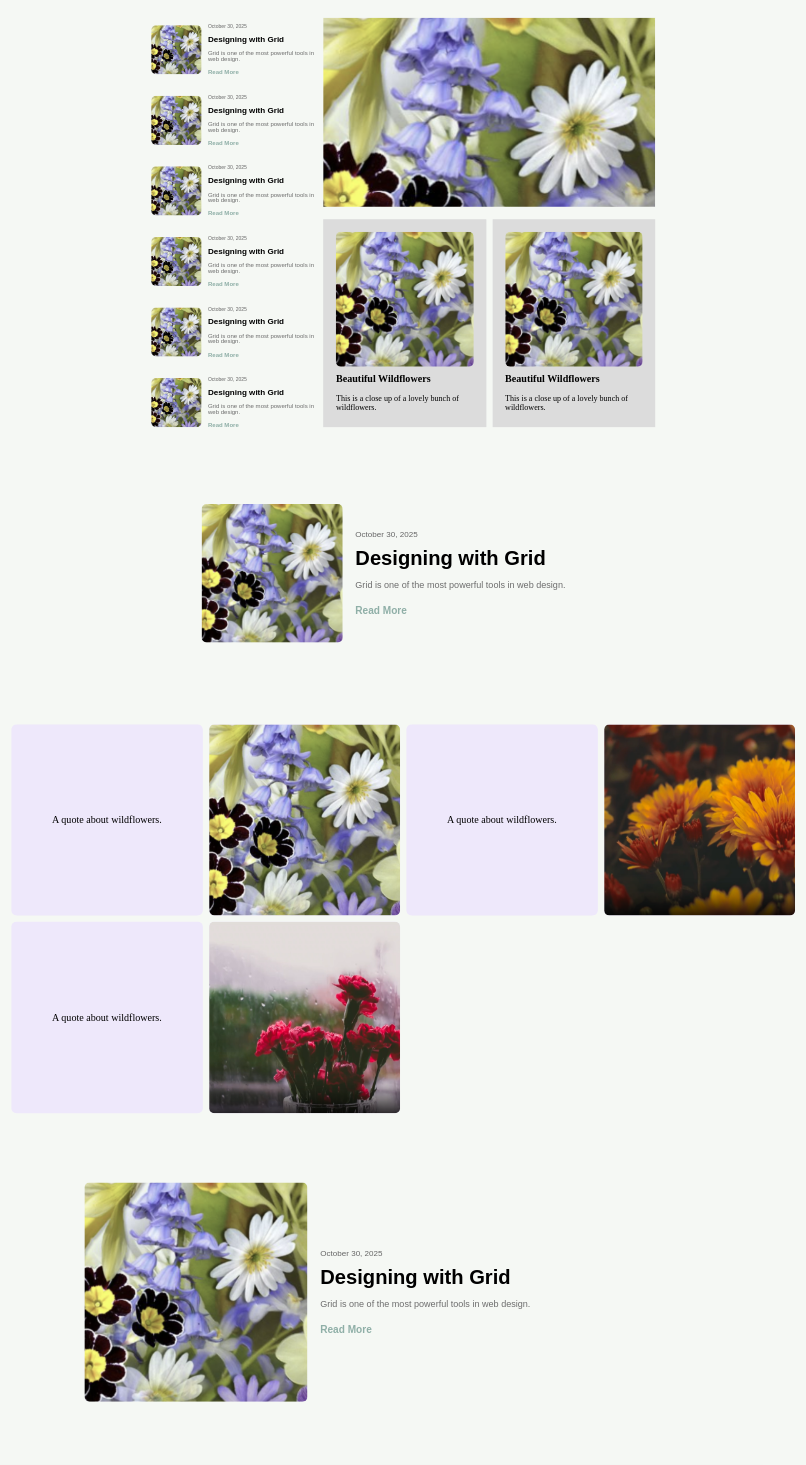
Repository: Brittany-Westlund/WebDesign
Page: Assignment5/grid.html
These files come from the project's save history. The page is drawn as it stood at one moment and after the next save; the edit follows.
The browser window is 1280 px wide. The pictures show the whole page, at 63% of full size.

Above is the page before, as saved 2025-11-18 21:23:57.

### Assignment5/grid.html
<!DOCTYPE html>
<html lang="en">
<head>
    <meta charset="UTF-8">
    <title>Grid Layout</title>
    <link rel="stylesheet" href="style/style.css">
</head>

<body>

<div class="page-wrapper">

<div class="featured-section">

  <!-- Blog List -->
  <div class="blog-list">

    <div class="blog-preview">
      <img src="images/wildflowers-square.png" alt="A closeup of wildflowers.">
      <div class="blog-text">
        <p class="date">October 30, 2025</p>
        <h2 class="post-title">Designing with Grid</h2>
        <p class="post-preview">
          Grid is one of the most powerful tools in web design.
        </p>
        <a href="blog-post.html" class="read-more">Read More</a>
      </div>
    </div>

    <!-- You can copy/paste more blog-preview divs here if you want -->
     <div class="blog-preview">
      <img src="images/wildflowers-square.png" alt="A closeup of wildflowers.">
      <div class="blog-text">
        <p class="date">October 30, 2025</p>
        <h2 class="post-title">Designing with Grid</h2>
        <p class="post-preview">
          Grid is one of the most powerful tools in web design.
        </p>
        <a href="blog-post.html" class="read-more">Read More</a>
      </div>
    </div>

    <div class="blog-preview">
      <img src="images/wildflowers-square.png" alt="A closeup of wildflowers.">
      <div class="blog-text">
        <p class="date">October 30, 2025</p>
        <h2 class="post-title">Designing with Grid</h2>
        <p class="post-preview">
          Grid is one of the most powerful tools in web design.
        </p>
        <a href="blog-post.html" class="read-more">Read More</a>
      </div>
    </div>

    <div class="blog-preview">
      <img src="images/wildflowers-square.png" alt="A closeup of wildflowers.">
      <div class="blog-text">
        <p class="date">October 30, 2025</p>
        <h2 class="post-title">Designing with Grid</h2>
        <p class="post-preview">
          Grid is one of the most powerful tools in web design.
        </p>
        <a href="blog-post.html" class="read-more">Read More</a>
      </div>
    </div>

    <div class="blog-preview">
      <img src="images/wildflowers-square.png" alt="A closeup of wildflowers.">
      <div class="blog-text">
        <p class="date">October 30, 2025</p>
        <h2 class="post-title">Designing with Grid</h2>
        <p class="post-preview">
          Grid is one of the most powerful tools in web design.
        </p>
        <a href="blog-post.html" class="read-more">Read More</a>
      </div>
    </div>

    <div class="blog-preview">
      <img src="images/wildflowers-square.png" alt="A closeup of wildflowers.">
      <div class="blog-text">
        <p class="date">October 30, 2025</p>
        <h2 class="post-title">Designing with Grid</h2>
        <p class="post-preview">
          Grid is one of the most powerful tools in web design.
        </p>
        <a href="blog-post.html" class="read-more">Read More</a>
      </div>
    </div>

  </div> <!-- end blog-list -->






  <div class="right-column">

  <!-- Hero Section -->
  <div class="hero">
    <img src="images/wildflowers-square.png" alt="A closeup of wildflowers.">
  </div>




  <!-- Cards Section -->
  <div class="card-section">

    <div class="card">
      <img src="images/wildflowers-square.png" alt="A closeup of wildflowers.">
      <h3>Beautiful Wildflowers</h3>
      <p>This is a close up of a lovely bunch of wildflowers.</p>
    </div>

    <div class="card">
      <img src="images/wildflowers-square.png" alt="A closeup of wildflowers.">
      <h3>Beautiful Wildflowers</h3>
      <p>This is a close up of a lovely bunch of wildflowers.</p>
    </div>

  </div> <!-- end card-section -->

  </div>

</div> <!-- end featured-section -->



<!-- Single Blog Preview Section -->
    <div class="blog-preview">
      <img src="images/wildflowers-square.png" alt="A closeup of wildflowers.">
      <div class="blog-text">
        <p class="date">October 30, 2025</p>
        <h2 class="post-title">Designing with Grid</h2>
        <p class="post-preview">
          Grid is one of the most powerful tools in web design.
        </p>
        <a href="blog-post.html" class="read-more">Read More</a>
      </div>
    </div>

  </div> <!-- end single blog preview -->







<div class="gallery">
      <div class="item"><p>A quote about wildflowers.</p></div>
      <div class="item"><img src="images/wildflowers-square.png" alt="A closeup of wildflowers"></div>
      <div class="item"><p>A quote about wildflowers.</p></div>
      <div class="item"><img src="images/orange-flowers.png" alt="A closeup of orange flowers"></div>
      <div class="item"><p>A quote about wildflowers.</p></div>
      <div class="item"><img src="images/red-flowers.png" alt="A closeup of red flowers"></p></div>
</div>

<!-- Single Blog Preview Section -->
    <div class="blog-preview">
      <img src="images/wildflowers-square.png" alt="A closeup of wildflowers.">
      <div class="blog-text">
        <p class="date">October 30, 2025</p>
        <h2 class="post-title">Designing with Grid</h2>
        <p class="post-preview">
          Grid is one of the most powerful tools in web design.
        </p>
        <a href="blog-post.html" class="read-more">Read More</a>
      </div>
    </div>

  </div> <!-- end single blog preview -->

</div>
</body>
</html>

### Assignment5/style/style.css
body {
  background-color: #f5f8f4; /* a light sage-green tone */
}

.page-wrapper {
  max-width: 800px;
  margin: 0 auto;
  padding: 20px;
}

/* The featured section */
.featured-section {
  display: grid;
  grid-template-columns: 1fr 2fr;
  grid-template-rows: auto auto;
  gap: 10px;
  align-items: start;
}

/* Grid placement for the three sections */
.blog-list {
  grid-column: 1;
  grid-row: 1;
}


.blog-preview {
  display: flex; /* activates Flexbox */
  flex-direction: row; /* aligns items in a row (default, but explicit is good) */
  align-items: center; /* vertically centers items within the row */
  gap: 20px; /* adds space between items */
  max-width: 80%; /* controls total width of the content block */
  margin: 80px auto; /* centers on page with top/bottom space */
  padding: 20px 40px; /* adds subtle inner space from edges */
}

.blog-preview img {
  width: 35%;      /* image takes up 45% of the total width of .blog-preview */
  height: auto;    /* keeps proportions correct */
  border-radius: 8px; /* optional, softens corners */
}

.blog-list {
  display: flex;
  flex-direction: column;
  gap: 10px;
  max-width: 100%;
}
.blog-text {
  display: flex;
  flex-direction: column; /* stacks each text element vertically */
  gap: 10px; /* adds consistent space between elements */
}
.date {
  font-family: Arial, Helvetica, sans-serif;
  font-size: 0.8rem;
  color: #666;
  margin: 0;
}

.post-title {
  font-family: Arial, Helvetica, sans-serif;
  font-size: 2rem;
  font-weight: 600;
  line-height: 1.3;
  margin: 0;
}

.post-preview {
  font-family: Arial, Helvetica, sans-serif;
  font-size: 0.9rem;
  color: #6d6d6d;
  line-height: 1.6;
  margin: 0;
}

.read-more {
  font-family: Arial, Helvetica, sans-serif;
  text-decoration: none;
  font-weight: bold;
  color: #8fafa7;
  margin-top: 10px;
}




.right-column {
  grid-column: 2;
  grid-row: 1 / 3; /* spans both rows — hero + cards */
  display: flex;
  flex-direction: column;
  gap: 20px;
}

.hero {
  grid-column: 2;
  grid-row: 1;
  max-height: 300px;
  overflow: hidden;
}

.hero img {
  width: 100%;
  height: auto;
  display: block;
}





.card-section {
  grid-column: 1 / 3; /* spans both columns */
  grid-row: 2;
  display: flex;
  gap: 10px;
}

.card {
  display: flex;
  flex-direction: column;
  flex: 1;
  gap: 10px;
  padding: 20px;
  background-color: gainsboro;
  max-width: 300px;
  width: 100%;
  margin-bottom: 20px;
}

.card img {
  width: 100%;
  height: auto;
  border-radius: 8px;
}




/* Compact blog previews ONLY inside the featured section */

.featured-section .blog-preview {
  max-width: 100% !important;
  margin: 0px 0 !important;
  padding: 10px 0 !important;   /* removes the 40px left/right padding */
  gap: 10px;
  width: 100%;
  box-sizing: border-box;
}

.featured-section .blog-preview img {
  width: 80px;
  height: auto;
  flex-shrink: 0;
  border-radius: 8px;
}

.featured-section .blog-text {
font-size: 0.6rem;
}

.featured-section .post-preview {
font-size: 0.6rem;
line-height: 1;
}

.featured-section .post-title {
font-size: 0.8rem;
line-height: 1;
}

.featured-section .date {
font-size: 0.5rem;
}

.featured-section .read-more {
margin-top: 0px !important;
}

.featured-section .card {
  height: 290px;
}

.featured-section .card h3 {
  font-size: 1rem;
  margin: 0 0;
}

.featured-section .card p {
  font-size: 0.8rem;
  margin-top: 5px;
}

/* End of featured section */












/* Start of Gallery section */

.gallery {
  display: grid;
  grid-template-columns: repeat(auto-fit, minmax(250px, 1fr));
  gap: 10px;
  margin: auto;
  padding: 10px;
}

.item {
  background-color: #eee8fb;
  border-radius: 8px;
  aspect-ratio: 1 / 1;
  display: flex;
  justify-content: center;
}

.item img {
  padding: 0;
  width: 100%;
  height: auto; /* maintains the image's aspect ratio */
  display: block; /* clears any space after the image */
  border-radius: 8px;

}

.item p {
  text-align: center;
  display: flex;
  align-items: center;
}

/* End of Gallery section */












/* The main footer container */

.footer {
  display: flex; /* Places all footer sections (icons + lists) side by side in a row */
  justify-content: space-between; /* Adds equal space between each section horizontally */
  align-items: flex-start; /* Aligns all sections to the top of the footer */
  background-color: #d5d0dd; /* Sets the footer’s background color */
  padding: 30px 100px; /* Adds space inside the footer: 30px top/bottom, 100px left/right */
  font-family: Arial, Helvetica, sans-serif; /* Sets the font for the entire footer */
}

.footer ul {
  list-style: none; /* Removes the default bullets from list items */
  padding: 0; /* Removes default padding inside the <ul> */
  margin: 0; /* Removes default margin outside the <ul> */
}

.footer li {
  margin-bottom: 6px; /* Adds a little space between each list item */
  font-size: 14px; /* Makes the text slightly smaller for a neat footer look */
}

.social-icons img {
  width: 22px; /* Sets consistent icon size */
  margin-right: 10px; /* Adds space between the icons */
  vertical-align: middle; /* Keeps icons visually aligned with any text nearby */
}



a:focus, button:focus, input:focus {
  outline: 2px solid #4a90e2;
  outline-offset: 2px;
}





@media (max-width: 600px) {
  .card-section{
    flex-direction: column;
  }
}


@media (min-width: 600px) and (max-width: 1024px) {
  /* Styles for tablets */
}

After the next save:
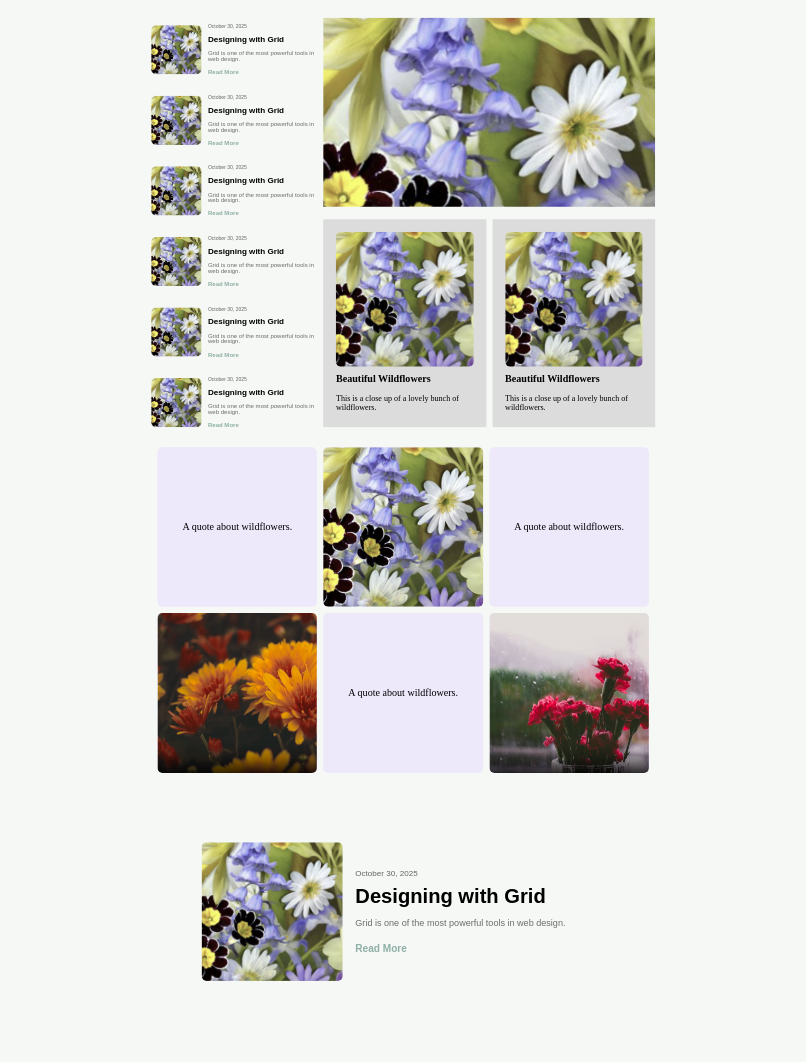
Saved 66 s later.
--- a/Assignment5/grid.html
+++ b/Assignment5/grid.html
@@ -128,21 +128,6 @@
 
 
 
-<!-- Single Blog Preview Section -->
-    <div class="blog-preview">
-      <img src="images/wildflowers-square.png" alt="A closeup of wildflowers.">
-      <div class="blog-text">
-        <p class="date">October 30, 2025</p>
-        <h2 class="post-title">Designing with Grid</h2>
-        <p class="post-preview">
-          Grid is one of the most powerful tools in web design.
-        </p>
-        <a href="blog-post.html" class="read-more">Read More</a>
-      </div>
-    </div>
-
-  </div> <!-- end single blog preview -->
-
 
 
 
